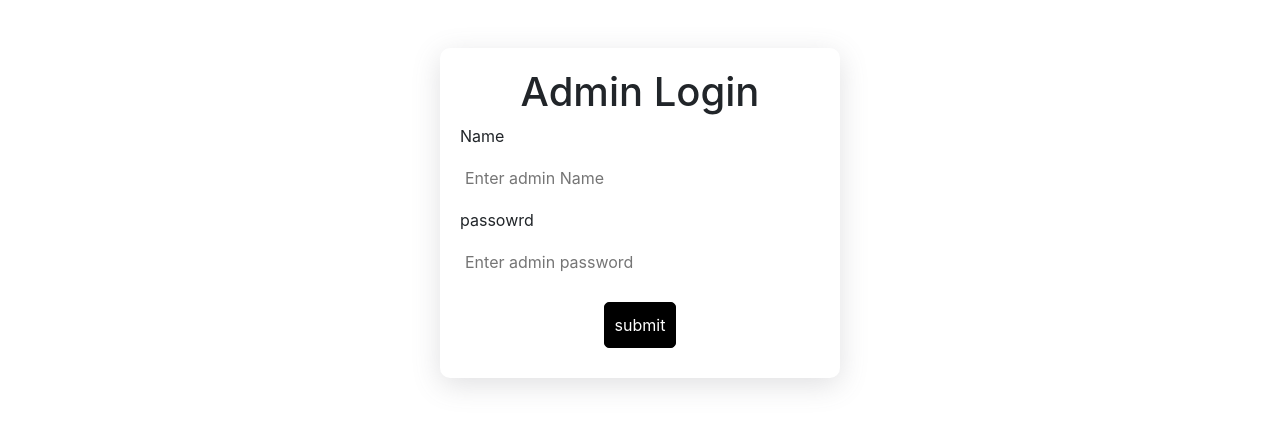
Repository: parthikjadav/parthik-react-practicle-exam
Page: /
The author's editor kept a copy of each file at every save. The page is drawn from the files as they stood at one save, then again after the next save.
The browser window is 1280 px wide. The pictures show the whole page.
The project was rebuilt for these pictures with package versions that can differ from the ones it lists, and the page was loaded fresh each time. Requests to the local data server were answered from the project's data file. Also part of the build but not shown: src/App.css, src/componet/page/Reservationform.jsx, src/componet/page/Reservationlist.jsx, src/componet/header/navdata.js, src/componet/header/Navbar.jsx.

Above is the page before, as saved 2024-05-16 10:49:25.

### public/index.html
<!DOCTYPE html>
<html lang="en">
  <head>
    <meta charset="utf-8" />
    <link rel="icon" href="%PUBLIC_URL%/favicon.ico" />
    <meta name="viewport" content="width=device-width, initial-scale=1" />
    <meta name="theme-color" content="#000000" />
    <meta
      name="description"
      content="Web site created using create-react-app"
    />
    <link rel="apple-touch-icon" href="%PUBLIC_URL%/logo192.png" />
    <link href="https://cdn.jsdelivr.net/npm/bootstrap@5.0.2/dist/css/bootstrap.min.css" rel="stylesheet" integrity="sha384-EVSTQN3/azprG1Anm3QDgpJLIm9Nao0Yz1ztcQTwFspd3yD65VohhpuuCOmLASjC" crossorigin="anonymous">
    <!--
      manifest.json provides metadata used when your web app is installed on a
      user's mobile device or desktop. See https://developers.google.com/web/fundamentals/web-app-manifest/
    -->
    <link rel="manifest" href="%PUBLIC_URL%/manifest.json" />
    <script src="https://cdn.jsdelivr.net/npm/bootstrap@5.0.2/dist/js/bootstrap.bundle.min.js" integrity="sha384-MrcW6ZMFYlzcLA8Nl+NtUVF0sA7MsXsP1UyJoMp4YLEuNSfAP+JcXn/tWtIaxVXM" crossorigin="anonymous"></script>
    <!--
      Notice the use of %PUBLIC_URL% in the tags above.
      It will be replaced with the URL of the `public` folder during the build.
      Only files inside the `public` folder can be referenced from the HTML.

      Unlike "/favicon.ico" or "favicon.ico", "%PUBLIC_URL%/favicon.ico" will
      work correctly both with client-side routing and a non-root public URL.
      Learn how to configure a non-root public URL by running `npm run build`.
    -->
    <title>React App</title>
  </head>
  <body>
    <noscript>You need to enable JavaScript to run this app.</noscript>
    <div id="root"></div>
    <!--
      This HTML file is a template.
      If you open it directly in the browser, you will see an empty page.

      You can add webfonts, meta tags, or analytics to this file.
      The build step will place the bundled scripts into the <body> tag.

      To begin the development, run `npm start` or `yarn start`.
      To create a production bundle, use `npm run build` or `yarn build`.
    -->
  </body>
</html>

### src/index.js
import React from 'react';
import ReactDOM from 'react-dom/client';
import './index.css';
import App from './App';
import { BrowserRouter } from 'react-router-dom';
import { Provider } from 'react-redux';
import store from './componet/redux-saga/store';


const root = ReactDOM.createRoot(document.getElementById('root'));
root.render(
  <BrowserRouter>
    <React.StrictMode>
      <Provider store={store}>
      <App />
      </Provider>
    </React.StrictMode>
  </BrowserRouter>

);

### src/App.js
import { Route, Routes } from 'react-router-dom';
import './App.css';
import Adminlogin from './componet/page/Adminlogin';
import Reservationfrom from './componet/page/Reservationform';
import Reservationlist from './componet/page/Reservationlist';
import Navbar from './componet/header/Navbar';
import { useEffect } from 'react';
import { useDispatch } from 'react-redux';
import { GET_ROOM_PENDING } from './componet/redux-saga/room/action';
import { base_url, get_url } from './url';

const getRole = () => {
  const role = localStorage.getItem("role");
  return role;
};


function App() {

  const role = getRole();
  let dispatch = useDispatch();

  useEffect(() => {
    let url = base_url + get_url;
    dispatch({ type: GET_ROOM_PENDING, payload: url })
  })


  if (!role || role === "") {
    return (
      <Routes>
        <Route path="/" element={<Adminlogin />} />
      </Routes>
    );
  }

  if (role === "admin") {
    return (
      <>
        <Navbar />
        <Routes>
          <Route path="/reservation" element={<Reservationfrom />} />
          <Route path="/ReservationList" element={<Reservationlist />} />
        </Routes>
      </>
    );
  }



}

export default App;

### src/componet/redux-saga/store.js
import { applyMiddleware, createStore } from "redux";
import createSagaMiddleware from "redux-saga";
import { composeWithDevTools } from "@redux-devtools/extension";
import rootReducers from "./rootreducer";
import rootSaga from "./saga";



let sagaMiddleware = createSagaMiddleware();
const store = createStore(
    rootReducers,
    composeWithDevTools(applyMiddleware(sagaMiddleware))
);

sagaMiddleware.run(rootSaga)

export default store

### src/componet/page/Adminlogin.jsx
import React, { useRef } from 'react'
import "./AdminLogin.css"

const Adminlogin = () => {
    let name = useRef();
    let passowrd = useRef();

    const logindata = async () => {
        let data = {
            name: name.current.value,
            password: passowrd.current.value
        }
        console.log(data);
        if ("jignesh" == data.name && "3315" == data.password) {
            localStorage.setItem("role", "admin");
            window.location.href = "/reservation"
            console.log("login successfull");
            alert("login successfull")
        } else {
            alert("Error")
        }
    }
    return (
        <>
            <div class="mx-auto m-5 form" style={{ width: "400px" }}>
                <h1>Admin Login </h1>
                <label>Name  </label>
                <input type="text" placeholder='Enter admin Name' ref={name} />
                <label>passowrd </label>
                <input type="password" placeholder='Enter admin password' ref={passowrd} />
                <button onClick={logindata}>submit</button>
            </div>
        </>

    )
}

export default Adminlogin

### src/componet/redux-saga/room/action.js
//get action
export const GET_ROOM_PENDING = "GET_ROOM_PENDING";
export const GET_ROOM_SUCCESS = "GET_ROOM_SUCCESS";
export const GET_ROOM_ERROR = "GET_ROOM_ERROR";

//post action
export const POST_ROOM_PENDING = "POST_ROOM_PENDING";
export const POST_ROOM_SUCCESS = "POST_ROOM_SUCCESS";
export const POST_ROOM_ERROR = "POST_ROOM_ERROR";

//DELETE action
export const DELETE_ROOM_PENDING = "DELETE_ROOM_PENDING";
export const DELETE_ROOM_SUCCESS = "DELETE_ROOM_SUCCESS";
export const DELETE_ROOM_ERROR = "DELETE_ROOM_ERROR";

//UPDATA action
export const UPDATA_ROOM_PENDING = "UPDATA_ROOM_PENDING";
export const UPDATA_ROOM_SUCCESS = "UPDATA_ROOM_SUCCESS";
export const UPDATA_ROOM_ERROR = "UPDATA_ROOM_ERROR";

### src/url.js
export const base_url = "http://localhost:5000";

export const post_url = "/room";

export const get_url = "/room"

export const delete_url = "/room/"

export const updata_url = "/room/"

### src/componet/redux-saga/rootreducer.js
import { combineReducers } from "redux";
import roomReducer from "./room/reducer";


let rootReducers = combineReducers({
    roomReducer,
});

export default  rootReducers;

### src/componet/redux-saga/saga/index.js
import { all, call, put, takeLatest } from "redux-saga/effects";
import { DELETE_ROOM_ERROR, DELETE_ROOM_PENDING, DELETE_ROOM_SUCCESS, GET_ROOM_ERROR, GET_ROOM_PENDING, GET_ROOM_SUCCESS, POST_ROOM_ERROR, POST_ROOM_PENDING, POST_ROOM_SUCCESS, UPDATA_ROOM_ERROR, UPDATA_ROOM_PENDING, UPDATA_ROOM_SUCCESS } from "../room/action";
import { delete_room, get_room, post_room, updata_room } from "../room/api";

function* handle_post_room(action) {
    // console.log(action, "action from handle post room");
    try {
        let { data, status } = yield call(post_room, action);
        // console.log(data, status, "data and status from handle post room");
        if (status == 201 || status == 200) {
            yield put({ type: POST_ROOM_SUCCESS, data });
        } else {
            yield put({ type: POST_ROOM_ERROR, data });
        }
    }
    catch (error) {
        yield put({ type: POST_ROOM_ERROR, data: error })
    }
}

function* handle_get_room(action) {
    // console.log(action, "action from handle get room");
    try {
        let { data, status } = yield call(get_room, action);
        // console.log(data, status, "data and status from handle get room");
        if (status == 200) {
            yield put({ type: GET_ROOM_SUCCESS, data });
        }
        else {
            yield put({ type: GET_ROOM_ERROR, data });
        }
    }
    catch (error) {
        yield put({ type: GET_ROOM_ERROR, data: error });
    }
}

function* handle_delete_room(action) {
    // console.log(action, "action from handle delete room");
    try {
        let { data, status } = yield call(delete_room, action);
        // console.log(data, status, "data and status from handle delete room");
        if (status == 200) {
            yield put({ type: DELETE_ROOM_SUCCESS, data });
        } else {
            yield put({ type: DELETE_ROOM_ERROR, data });
        }
    }
    catch (error) {
        yield put({ type: DELETE_ROOM_ERROR, daat: error })
    }
}

function* handle_updata_room(action) {
    console.log(action, "action from handle updata room");
    try {
        let { data, status } = yield call(updata_room, action);
        console.log(data, status, "data and status from handle updata room");
        if (status == 200) {
            yield put({ type: UPDATA_ROOM_SUCCESS, data });
        }
        else {
            yield put({ type: UPDATA_ROOM_ERROR, data });
        }
    }
    catch (error) {
        yield put({ type: UPDATA_ROOM_ERROR, data: error })
    }
}

function* handle_post_room_saga() {
    yield takeLatest(POST_ROOM_PENDING, handle_post_room)
}

function* handle_get_room_saga() {
    yield takeLatest(GET_ROOM_PENDING, handle_get_room)
}

function* handle_delete_room_saga() {
    yield takeLatest(DELETE_ROOM_PENDING, handle_delete_room)
}

function* handle_updata_room_saga() {
    yield takeLatest(UPDATA_ROOM_PENDING, handle_updata_room)
}

function* rootSaga() {
    yield all([handle_post_room_saga(), handle_get_room_saga(), handle_delete_room_saga() , handle_updata_room_saga()])
}

export default rootSaga

### src/componet/page/AdminLogin.css
.form{
  width: 200px;
  padding: 20px;
  /* margin: 0px auto; */
  display: flex;
  flex-direction: column;
  justify-content: center;
  align-items: center;
  border-radius: 10px;
  box-shadow: rgba(100, 100, 111, 0.2) 0px 7px 29px 0px;
}
.form input{
  width: 100%;
  height: 40px;
  margin: 10px 0px;
  background-color: white;
  border: 0px solid black;
  border-radius: 5px;
  padding: 5px;
}
.form label{
  margin-right: auto;
}
.form button{
  margin: 10px 0px;
  border: 1px solid black;
  border-radius: 5px;
  background-color: black;
  color: white;
  cursor: pointer;
  padding: 10px 10px;
}
.form button:hover{
  background-color: white;
  color: black;
}
.form button:active{
  background-color: white;
  color: black;
  border: 1px solid black;
}
.form a{
  margin-top: 10px;
  color: black;
  font-size: 12px;
  text-decoration: none;
  padding: 5px;
}

### src/componet/redux-saga/room/reducer.js
import { DELETE_ROOM_ERROR, DELETE_ROOM_PENDING, DELETE_ROOM_SUCCESS, GET_ROOM_ERROR, GET_ROOM_PENDING, GET_ROOM_SUCCESS, POST_ROOM_PENDING, POST_ROOM_SUCCESS, UPDATA_ROOM_ERROR, UPDATA_ROOM_PENDING, UPDATA_ROOM_SUCCESS } from "./action";


let initialState = {
    room: [],
    isLoading: false,
    isError: null,
};

let roomReducer = (state = initialState, action) => {
    console.log(action, "action from reducer");
    switch (action.type) {
        //post user
        case POST_ROOM_PENDING: {
            return {
                isLoading: true,
                ...state,
            }
        }
        case POST_ROOM_SUCCESS: {
            return {
                isLoading: false,
                room: state.room.concat(action.data),
            }
        }
        case POST_ROOM_SUCCESS: {
            return {
                isError: action.data,
                ...state,
            }
        }
        //get user
        case GET_ROOM_PENDING: {
            return {
                isLoading: true,
                ...state,
            }
        }
        case GET_ROOM_SUCCESS: {
            return {
                isLoading: false,
                room: action.data,
            }
        }
        case GET_ROOM_ERROR: {
            return {
                ...state,
                isError: action.data,
            }
        }
        //delete user
        case DELETE_ROOM_PENDING: {
            return {
                isLoading: true,
                ...state,
            }
        }
        case DELETE_ROOM_SUCCESS: {
            return {
                isLoading: false,
                room: state.room.filter((item) => item.id != action.data.id)
            }
        }
        case DELETE_ROOM_ERROR: {
            return {
                isLoading: false,
                isError: action.data,
            }
        }
        //update user
        case UPDATA_ROOM_PENDING: {
            return {
                isLoading: true,
                ...state,
            }
        }
        case UPDATA_ROOM_SUCCESS: {
            return {
                isLoading: false,
                room: state.room.map((value, index) => {
                    if (value.id == action.data.id) {
                        return {
                            ...value,
                            ...action.data,
                        }
                    } else {
                        return value;
                    }
                })
            }
        }
        case UPDATA_ROOM_ERROR: {
            return {
                isError: action.data,
                ...state,
            }
        }
        default: {
            return {
                ...state,
            }
        }
    }
}

export default roomReducer

### src/componet/redux-saga/room/api.js
import axios from "axios";
import { base_url, delete_url, get_url, post_url, updata_url } from "../../../url";


let post_room = (action) => {
    // console.log(action ,"this action from post room");
    return axios.post(base_url + post_url, action.payload).then((res) => {
        // console.log(res,"res is post room");
        let data = res.data;
        let status = res.status;
        return { data, status }
    })
}

let get_room = (action) => {
    // console.log(action, "this action from get rom");
    return axios.get(base_url + get_url).then((res) => {
        // console.log(res, "res is get rom");
        let data = res.data;
        let status = res.status;
        return { data, status }
    })
}

let delete_room = (action) => {
    // console.log(action, "this action from delete room");
    return axios.delete(base_url + delete_url + action.payload).then((res) => {
        // console.log(res, "res is delete room");
        let data = res.data;
        let status = res.status;
        return { data, status };
    })
}

let updata_room = (action) => {
    console.log(action, "this action from updata room");
    return axios.put(base_url + updata_url + action.payload.id, action.payload).then((res) => {
        console.log(res, "res is updata room");
        let data = res.data;
        let status = res.status;
        return { data, status }
    })
}

export { post_room, get_room, delete_room, updata_room }

### db.json
{
  "room": [
    {
      "id": "8675",
      "name": "jignesh",
      "mobile": "1235467892",
      "address": "kamrej surat",
      "arrival": "2024-05-10",
      "checkout": "2024-05-14",
      "roomlist": "platinum",
      "roomtype": "double bedroom",
      "lunchtime": "breakfast and lunch"
    },
    {
      "id": "50ac",
      "name": "test",
      "mobile": "9876543214",
      "address": "surat",
      "arrival": "2024-05-02",
      "checkout": "2024-05-12",
      "roomlist": "prime",
      "roomtype": "double bedroom",
      "lunchtime": "breakfast and lunch"
    },
    {
      "id": "c1a8",
      "name": "abcd",
      "mobile": "7539684216",
      "address": "surat",
      "arrival": "2024-05-05",
      "checkout": "2024-05-07",
      "roomlist": "platinum",
      "roomtype": "single bedroom",
      "lunchtime": "breakfast"
    }
  ]
}

Loaded but not shown: src/index.css (common file)

After the next save:
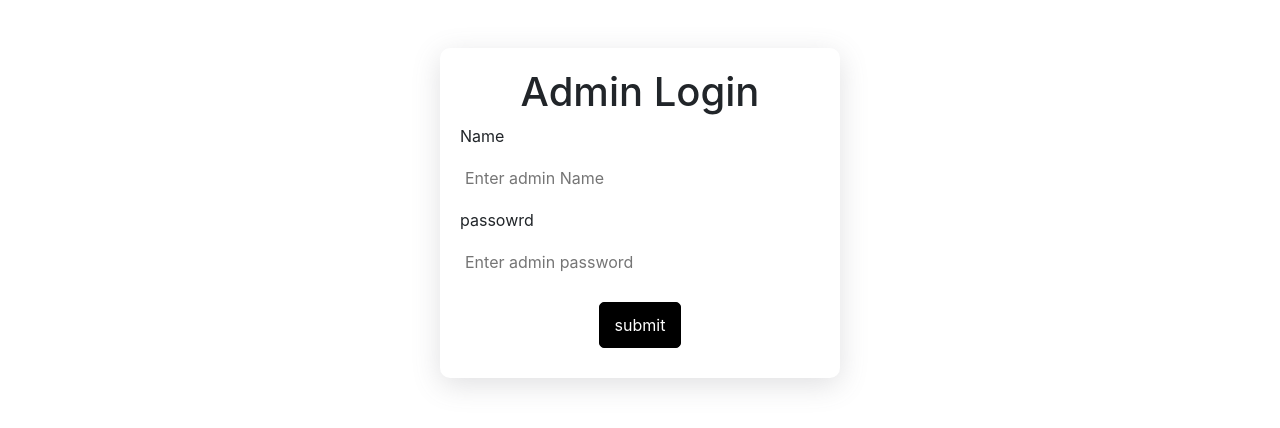
Saved 5 s later.
--- a/src/componet/page/AdminLogin.css
+++ b/src/componet/page/AdminLogin.css
@@ -28,7 +28,7 @@
   background-color: black;
   color: white;
   cursor: pointer;
-  padding: 10px 10px;
+  padding: 10px 15px;
 }
 .form button:hover{
   background-color: white;
